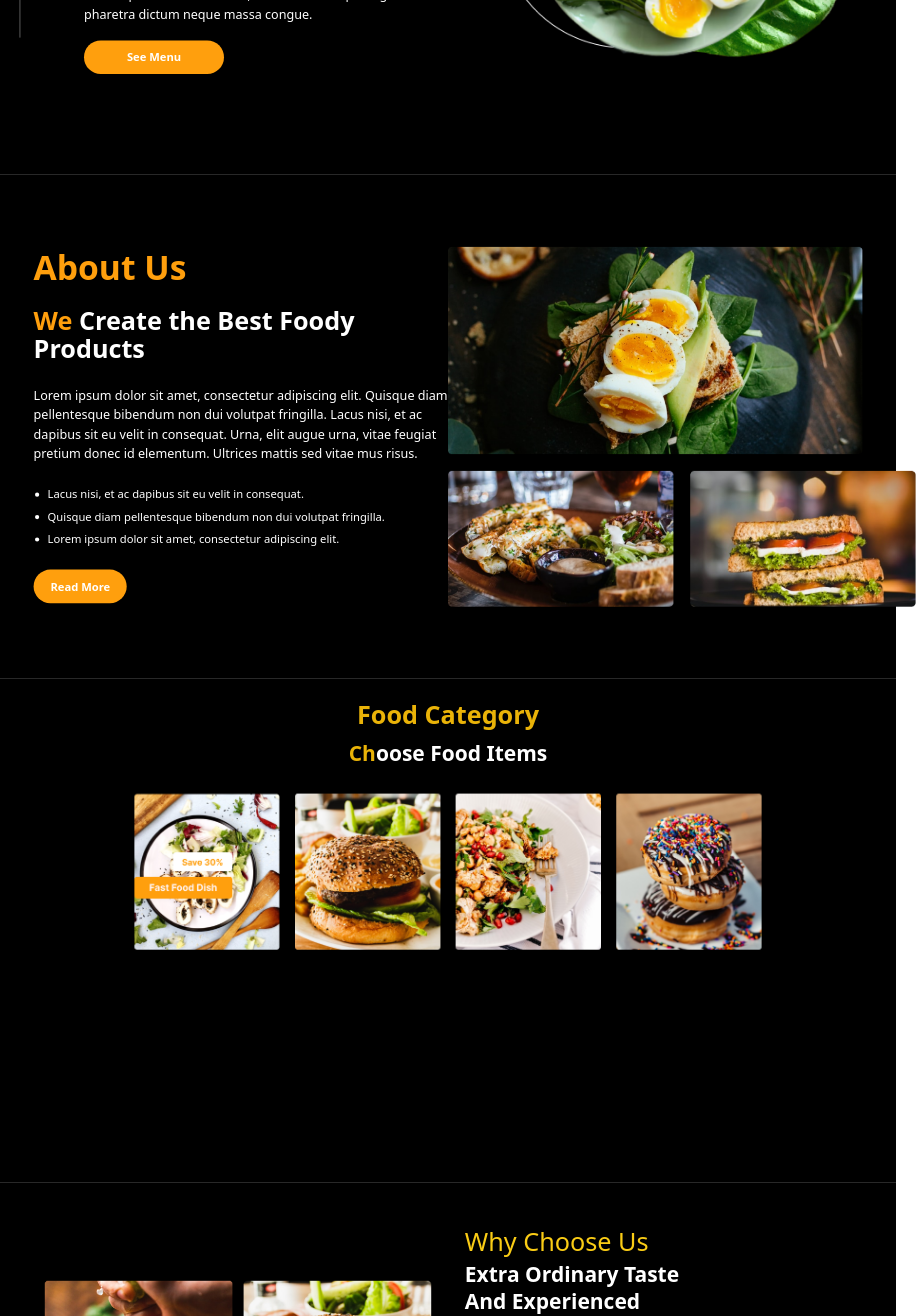
Repository: MahnoorShahzad2007/ASSIGNMENT-5-NODE.JS
Page: / (app in my-app/)
The author's editor kept a copy of each file at every save. The page is drawn from the files as they stood at one save, then again after a run of saves.
The browser window is 1280 px wide. The page is 1308 px wide, so the pictures cover 1308 px, including what lies to the right of the window. The pictures show the part of the page from y = 544 to 2424 px (the page is 5494 px tall before and 5969 px after), at 70% of full size.
The project was rebuilt for these pictures with package versions that can differ from the ones it lists, and the page was loaded fresh each time. The framework's server and built-in components were replaced by stand-ins that run in the browser. Also part of the build but not shown: my-app/next.config.ts.

Above is the page before, as saved 2025-02-15 20:11:59.

### my-app/app/layout.tsx
import "../app/globals.css";
import React from "react";

export const metadata = {
  title: "My App",
  description: "An example Next.js app",
};

export default function RootLayout({ children }: { children: React.ReactNode }) {
  return (
    <html lang="en">
      <head>
        <title>{metadata.title}</title>
        <meta name="description" content={metadata.description} />
      </head>
      <body>
        {children}
      </body>
    </html>
  );
}

### my-app/app/page.tsx
// Export metadata for the page
export const metadata = {
  title: 'Foodtuck',
};

import NavBar from "./components/navbar";
import HeroHeader from "./components/HeaderHero";
import AboutPage from "./components/about";
import FoodCategoryPage from "./components/foodCategory";
import WhyChooseUsPage from "./components/whyChoseUs";
import Abcd from './components/abcd.jsx';
import Footer from "./components/footer";
import Menus from "./menu/page";
export default function Home() {
  return (
    <div>
      <NavBar />

      <HeroHeader />

      <AboutPage />

      <FoodCategoryPage />

      <WhyChooseUsPage />

      <Abcd />

      <Footer />


    </div>
  );
}

### my-app/app/components/navbar.tsx
import React from "react";
import { PiHandbag } from "react-icons/pi";
import { CiSearch } from "react-icons/ci";
import { RiArrowDropDownLine } from "react-icons/ri";
import Link from "next/link";

const NavBar: React.FC = () => {
  return (
    <header className="bg-black shadow-md">
      <div className="container mx-auto flex flex-wrap items-center justify-between py-4 px-6 relative">
        {/* Left Menu */}
        <nav className="flex flex-wrap items-center space-x-6">
          <Link href="/" className="text-white hover:text-yellow-400 font-medium">
            home
          </Link>
          <Link href="/menu" className="text-white hover:text-yellow-400 font-medium">
            menu
          </Link>
          <Link href="/blog" className="text-white hover:text-yellow-400 font-medium">
            Blog
          </Link>
          <Link href="/pages" className="text-white hover:text-yellow-400 font-medium">
            Pages
          </Link>
          <Link
            href="/about"
            className="text-white hover:text-yellow-400 font-medium flex items-center"
          >
            about <RiArrowDropDownLine />
          </Link>
          <Link href="/shop" className="text-white hover:text-yellow-400 font-medium">
            shop
          </Link>
          <Link href="/contact" className="text-white hover:text-yellow-400 font-medium">
            contact
          </Link>
        </nav>

        {/* Middle Title */}
        <div className="absolute inset-x-0 top-2 text-center">
          <h1 className="text-2xl font-bold">
            <span className="text-yellow-400">Food</span>
            <span className="text-white">tuck</span>
          </h1>
        </div>

        {/* Right Section */}
        <div className="flex items-center space-x-4">
          {/* Search Bar */}
          <div className="relative">
            <input
              type="text"
              placeholder="Search..."
              className="rounded-full border border-yellow-400 bg-black text-white pl-10 pr-4 py-2 focus:outline-none focus:ring focus:ring-yellow-300 w-full"
            />
            <div className="absolute left-2 top-1/2 transform -translate-y-1/2 text-white">
              <CiSearch />
            </div>
          </div>

          {/* Handbag Icon */}
          <div className="text-white text-2xl">
            <PiHandbag />
          </div>
        </div>
      </div>
    </header>
  );
};

export default NavBar;

### my-app/app/components/HeaderHero.tsx
"use client";
import React from "react";
import Image from "next/image";
import { FaFacebookF, FaTwitter, FaPinterestP } from "react-icons/fa";

const HeroHeader: React.FC = () => {
  return (
    <div className="bg-black min-h-screen flex flex-col md:flex-row items-center justify-between relative p-6 md:p-10">
      {/* Social Media Icons Section */}
      <div className="absolute left-4 top-1/2 transform -translate-y-1/2 space-y-8 hidden md:flex flex-col items-center">
        <div className="w-px h-24 bg-white opacity-50" />
        <div className="space-y-4 text-white">
          <a href="#" className="text-white hover:text-blue-500">
            <FaFacebookF size={24} />
          </a>
          <a href="#" className="text-white hover:text-blue-400">
            <FaTwitter size={24} />
          </a>
          <a href="#" className="text-white hover:text-red-500">
            <FaPinterestP size={24} />
          </a>
        </div>
        <div className="w-px h-24 bg-white opacity-50" />
      </div>

      {/* Text Content Section */}
      <div className="flex flex-col space-y-6 max-w-xl mx-auto text-center md:text-left md:ml-20">
        <h2 className="text-2xl md:text-3xl lg:text-4xl text-[#ff9f0d] font-bold">
          It’s Quick & Amusing!
        </h2>
        <h1 className="text-4xl md:text-6xl lg:text-7xl text-white font-extrabold leading-tight">
          <span className="text-[#FF9F0D]">Th</span>e Art Of Speed Food Quality
        </h1>
        <p className="text-white text-base md:text-lg">
          Lorem ipsum dolor sit amet, consectetur adipiscing elit. Varius sed
          pharetra dictum neque massa congue.
          </p>
          <button
  className="mt-4 px-6 py-3 bg-[#FF9F0D] text-white rounded-full font-semibold hover:bg-[#e68e00] transition-all max-w-[200px]"
  onClick={() => document.getElementById("menu")?.scrollIntoView({ behavior: "smooth" })}
>
  See Menu
</button>



      </div>

      {/* Image Section */}
      <div className="w-full md:w-[60%] lg:w-[50%] mt-6 md:mt-0 flex justify-center">
        <Image
          src="/image/pic.png"
          alt="image description"
          width={800}
          height={600}
          className="rounded-lg object-cover w-full h-auto"
        />
      </div>
    </div>
  );
};

export default HeroHeader;

### my-app/app/components/about.tsx
import React from "react";
import Image from "next/image";

const AboutPage: React.FC = () => {
  return (
    <div className="bg-black min-h-screen flex flex-col md:flex-row items-center justify-center p-6 md:p-12">
      {/* Left Section - Text Content */}
      <div className="md:w-1/2 space-y-8">
        <h1 className="text-4xl md:text-5xl font-bold text-[#ff9f0d]">
          About Us
        </h1>
        <h2 className="text-3xl md:text-4xl text-white font-semibold">
          <span className="text-[#ff9f0d]">We</span> Create the Best Foody
          Products
        </h2>
        <p className="text-white text-base md:text-lg">
          Lorem ipsum dolor sit amet, consectetur adipiscing elit. Quisque diam
          pellentesque bibendum non dui volutpat fringilla. Lacus nisi, et ac
          dapibus sit eu velit in consequat. Urna, elit augue urna, vitae
          feugiat pretium donec id elementum. Ultrices mattis sed vitae mus
          risus.
        </p>
        <ul className="list-disc text-white space-y-2 ml-5">
          <li>Lacus nisi, et ac dapibus sit eu velit in consequat.</li>
          <li>Quisque diam pellentesque bibendum non dui volutpat fringilla.</li>
          <li>Lorem ipsum dolor sit amet, consectetur adipiscing elit.</li>
        </ul>
        <button className="mt-6 px-6 py-3 bg-[#ff9f0d] text-white font-semibold rounded-full hover:bg-[#e68e00] transition-all">
          Read More
        </button>
      </div>

      {/* Right Section - Images */}
      <div className="md:w-1/2 flex flex-col items-center space-y-6 mt-8 md:mt-0">
        <Image
          src="/image/eggs.png"
          alt="Eggs image"
          width={660}
          height={330}
          className="rounded-lg"
        />
        <div className="flex space-x-6">
          <Image
            src="/image/chicken.png"
            alt="Chicken image"
            width={322}
            height={194}
            className="rounded-lg"
          />
          <Image
            src="/image/sandwhich.png"
            alt="Sandwich image"
            width={322}
            height={194}
            className="rounded-lg"
          />
        </div>
      </div>
    </div>
  );
};

export default AboutPage;

### my-app/app/components/foodCategory.tsx
import React from 'react';
import Image from 'next/image';

const FoodCategory: React.FC = () => {
  return (
    <div className="bg-black min-h-screen text-white">
      {/* Heading Section */}
      <div className="text-center pt-8">
        <h1 className="text-yellow-500 text-2xl sm:text-3xl lg:text-4xl font-bold">
          Food Category
        </h1>
        <h2 className="text-xl sm:text-2xl lg:text-3xl font-bold mt-4">
          <span className="text-yellow-500">Ch</span>oose Food Items
        </h2>
      </div>

      {/* Image Section */}
      <div className="flex justify-center mt-10 px-4">
        <Image
          src={'/image/Image box.png'}
          alt="Food Category Items"
          width={1350}
          height={329}
          className="w-full max-w-4xl h-auto"
        />
      </div>
    </div>
  );
};

export default FoodCategory;

### my-app/app/components/whyChoseUs.tsx
import React from 'react'

import Image from "next/image";
import { WineIcon } from 'lucide-react';

const WhyChooseUs: React.FC = () => {
  return (
    <section className="bg-black text-white py-16">
      <div className="container mx-auto px-6 lg:px-16 flex flex-col lg:flex-row gap-12 items-center">
        {/* Image Section */}
        <div className="lg:w-1/2 grid grid-cols-2 gap-4">

        <Image className='bg-black w-full space-y-5'
        src={'/image/f1.png'}
        alt="image description"
        width={1320}
        height={716}
      />

      <Image
      src={'/image/f2.png'}
      alt='img desc'
      width={1923}
      height={400}
      />

          </div>

        {/* Text Section */}
        <div className="lg:w-1/2">
          <h2 className="text-yellow-400 text-4xl font-medium">Why Choose Us</h2>
          <h3 className="text-3xl font-bold text-white mt-2 leading-tight">
            Extra Ordinary Taste <br /> And Experienced
          </h3>
          <p className="text-gray-300 mt-4 leading-relaxed">
            Lorem ipsum dolor sit amet, consectetur adipiscing elit. Quisque
            diam pellentesque bibendum non dui volutpat fringilla bibendum.
          </p>
          <div className="grid grid-cols-3 gap-4 mt-8">
            <div className="text-center">
              <div className="bg-yellow-400 w-16 h-16 rounded-full flex items-center justify-center mx-auto text-black">
                🍔
              </div>
              <span className="block mt-2">Fast Food</span>
            </div>
            <div className="text-center">
              <div className="bg-yellow-400 w-16 h-16 rounded-full flex items-center justify-center mx-auto text-black">
                🍲
              </div>
              <span className="block mt-2">Lunch</span>
            </div>
            <div className="text-center">
              <div className="bg-yellow-400 w-16 h-16 rounded-full flex items-center justify-center mx-auto text-black">
                🍷
              </div>
              <span className="block mt-2">Dinner</span>
            </div>
          </div>
          <div className="mt-3 flex items-center bg-white pl-6 pt-4 pb-5">
            <span className="text-yellow-400 text-4xl font-bold">30+</span>
            <span className="ml-4 text-black">
              Years of <br />
              <strong>Experience</strong>
            </span>
          </div>
        </div>
      </div>
    </section>
  );
};

export default WhyChooseUs;

### my-app/app/components/footer.tsx
import Image from 'next/image'
import React from 'react'

function footer() {
  return (
    <>
        <Image className='bg-black'
        src={'/image/Footer.png'}
        alt='image description'
        width={1923.73}
        height={740.15}
        />
    </>
  )
}

export default footer

### my-app/app/components/Menus.jsx
"use client";

import React from "react";
import Image from "next/image"
import pakora from "../../public/image/pakora.png";
import cheese from "../../public/image/cheese.png";
import burger from "../../public/image/burger.png";
import icecream from "../../public/image/icecream.png";
import bread from "../../public/image/bread.png";
import sandwich from "../../public/image/sandwhich.png";

function Menus() {
  const menuItems = [
    {
      name: "Lettuce Leaf",
      description: "Lacus nisi, et ac dapibus velit in consequat.",
      image: pakora,
      price: 12.5,
      currency: "USD",
      price_id: "price_1",
    },
    {
      name: "Glow Cheese",
      description: "Lacus nisi, et ac dapibus velit in consequat.",
      image: cheese,
      price: 12.5,
      currency: "USD",
      price_id: "price_2",
    },
    {
      name: "Fresh Breakfast",
      description: "Lacus nisi, et ac dapibus velit in consequat.",
      image: burger,
      price: 12.5,
      currency: "USD",
      price_id: "price_3",
    },
    {
      name: "Italian Pizza",
      description: "Lacus nisi, et ac dapibus velit in consequat.",
      image: icecream,
      price: 12.5,
      currency: "USD",
      price_id: "price_4",
    },
    {
      name: "Mild Butter",
      description: "Lacus nisi, et ac dapibus velit in consequat.",
      image: bread,
      price: 12.5,
      currency: "USD",
      price_id: "price_5",
    },
    {
      name: "Slice Beef",
      description: "Lacus nisi, et ac dapibus velit in consequat.",
      image: sandwich,
      price: 12.5,
      currency: "USD",
      price_id: "price_6",
    },
  ];

  return (
    <section className="grid grid-cols-1 sm:grid-cols-2 lg:grid-cols-3 gap-6 px-5 py-10">
      {menuItems.map((item) => (
        <div
          key={item.price_id}
          className="flex flex-col bg-[#1a1a1a] p-4 rounded-lg shadow-md hover:shadow-lg transition-shadow duration-300"
        >
          <div className="flex items-center">
            <Image
              className="rounded-full"
              src={item.image}
              alt={item.name}
              width={60}
              height={60}
            />
            <div className="pl-4">
              <h2 className="text-lg font-bold">{item.name}</h2>
              <p className="text-sm text-gray-400">{item.description}</p>
              <span className="text-[#FF9F0D] font-semibold">
                {item.price}$
              </span>
            </div>
          </div>
        </div>
      ))}
    </section>
  );
}

export default Menus;

### my-app/components/ui/button.tsx
import * as React from "react"
import { Slot } from "@radix-ui/react-slot"
import { cva, type VariantProps } from "class-variance-authority"

import { cn } from "@/lib/utils"

const buttonVariants = cva(
  "inline-flex items-center justify-center gap-2 whitespace-nowrap rounded-md text-sm font-medium transition-colors focus-visible:outline-none focus-visible:ring-1 focus-visible:ring-ring disabled:pointer-events-none disabled:opacity-50 [&_svg]:pointer-events-none [&_svg]:size-4 [&_svg]:shrink-0",
  {
    variants: {
      variant: {
        default:
          "bg-primary text-primary-foreground shadow hover:bg-primary/90",
        destructive:
          "bg-destructive text-destructive-foreground shadow-sm hover:bg-destructive/90",
        outline:
          "border border-input bg-background shadow-sm hover:bg-accent hover:text-accent-foreground",
        secondary:
          "bg-secondary text-secondary-foreground shadow-sm hover:bg-secondary/80",
        ghost: "hover:bg-accent hover:text-accent-foreground",
        link: "text-primary underline-offset-4 hover:underline",
      },
      size: {
        default: "h-9 px-4 py-2",
        sm: "h-8 rounded-md px-3 text-xs",
        lg: "h-10 rounded-md px-8",
        icon: "h-9 w-9",
      },
    },
    defaultVariants: {
      variant: "default",
      size: "default",
    },
  }
)

export interface ButtonProps
  extends React.ButtonHTMLAttributes<HTMLButtonElement>,
    VariantProps<typeof buttonVariants> {
  asChild?: boolean
}

const Button = React.forwardRef<HTMLButtonElement, ButtonProps>(
  ({ className, variant, size, asChild = false, ...props }, ref) => {
    const Comp = asChild ? Slot : "button"
    return (
      <Comp
        className={cn(buttonVariants({ variant, size, className }))}
        ref={ref}
        {...props}
      />
    )
  }
)
Button.displayName = "Button"

export { Button, buttonVariants }

### my-app/lib/utils.ts
export function cn(...classes: (string | undefined | false | null)[]) {
    return classes.filter(Boolean).join(" ");
  }

Loaded but not shown: my-app/app/globals.css (common file); my-app/tailwind.config.ts (common file); my-app/app/components/abcd.jsx (98 lines, source omitted); my-app/app/menu/page.tsx (101 lines, source omitted)

After the next 5 saves:
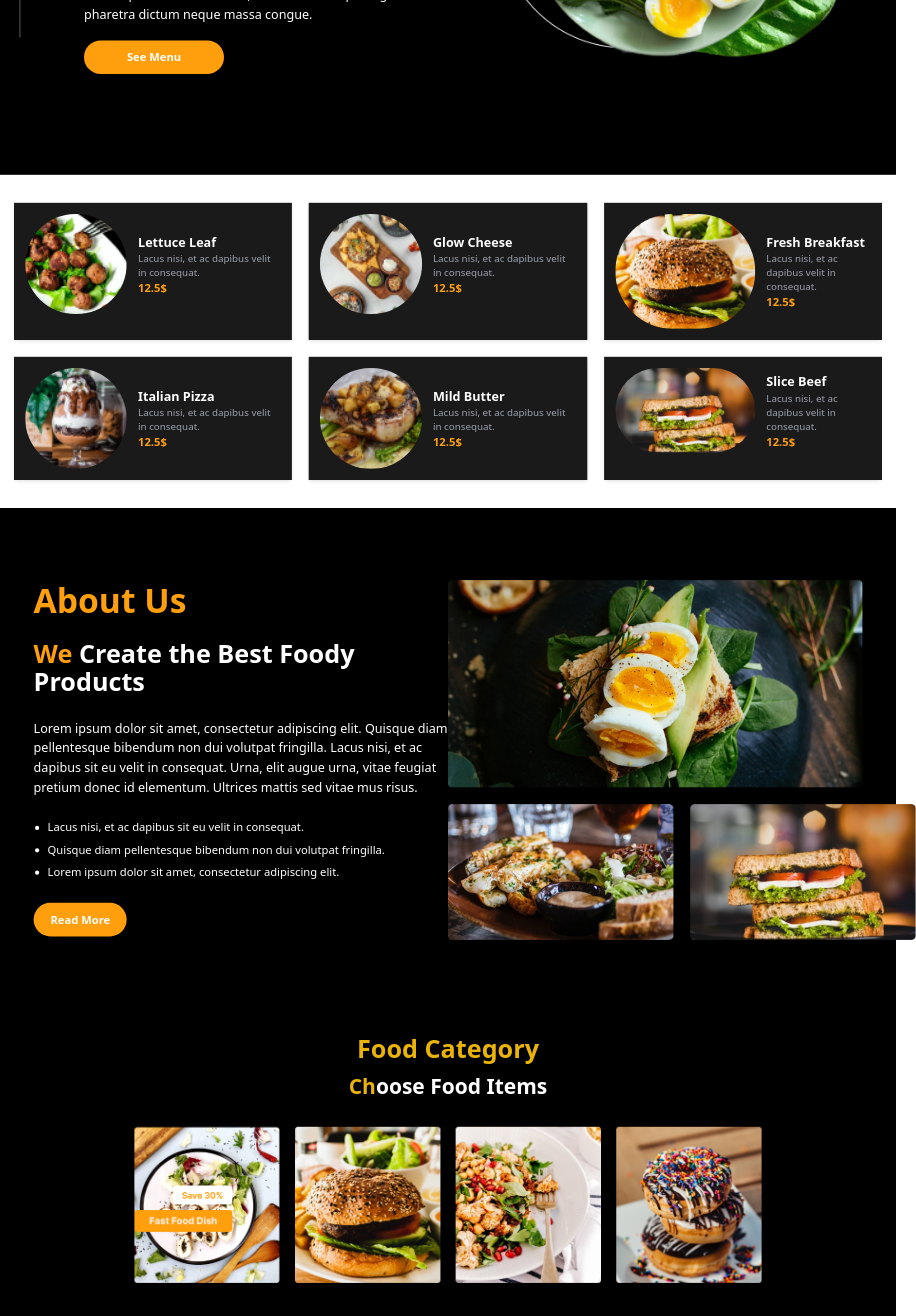
The 5 saves are shown as one change because 1 did not build or start and some came seconds apart.
The last was saved 17 s later.
--- a/my-app/app/page.tsx
+++ b/my-app/app/page.tsx
@@ -17,6 +17,7 @@
       <NavBar />
 
       <HeroHeader />
+      <Menus />
 
       <AboutPage />
 

After the 2 saves that followed:
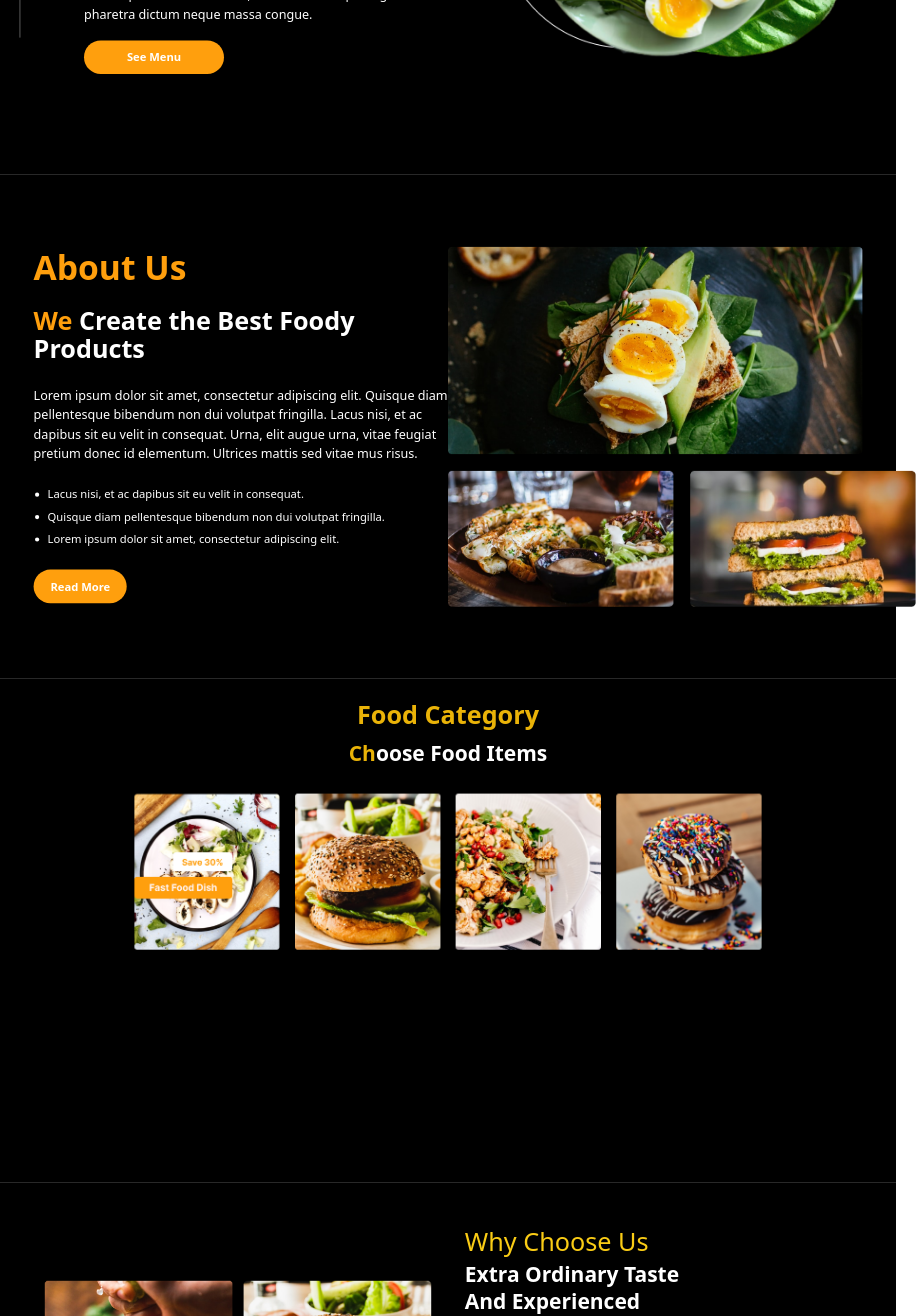
The 2 saves are shown as one change because 1 left the picture as it was.
The last was saved 29 s later.
--- a/my-app/app/page.tsx
+++ b/my-app/app/page.tsx
@@ -17,7 +17,6 @@
       <NavBar />
 
       <HeroHeader />
-      <Menus />
 
       <AboutPage />
 
